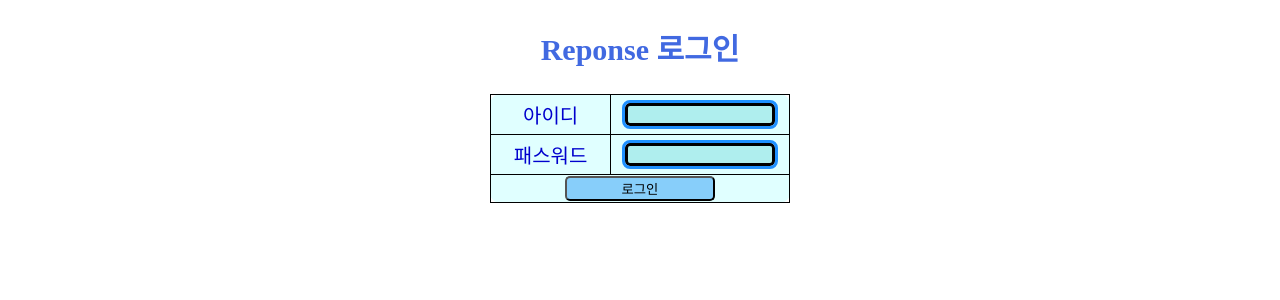
Repository: topblame/Bootcamp
Page: http://localhost/JSP_250408/chapter01/04_login.jsp
These files come from the project's save history. The page is drawn as it stood at one moment and after the next save; the edit follows.
The browser window is 1280 px wide. The pictures show the whole page.
The page is served by Tomcat 9. Other server files are loaded and not shown.

Above is the page before, as saved 2025-06-24 07:09:34.

### WebMvc/JSP_250408/src/main/webapp/chapter01/04_login.jsp
<%@ page language="java" contentType="text/html; charset=UTF-8"
    pageEncoding="UTF-8"%>
<!DOCTYPE html PUBLIC "-//W3C//DTD HTML 4.01 Transitional//EN" "http://www.w3.org/TR/html4/loose.dtd">
<html>
<head>
<meta charset="UTF-8">
<link rel="stylesheet" type="text/css" href="../css/table.css">
<title>login</title>
</head>
<body>
	<center>
      <h2>Reponse 로그인</h2>
      <form action="ResponseProc.jsp" method="post">
         <table align="center" width="300" border="1">
            <tr height="40">
               <td width="120" align="center">아이디</td>
               <td width="180" align="center">
               <input type="text" name=id>
               </td>
            </tr>
            <tr height="40">
               <td width="120" align="center">패스워드</td>
               <td width="180" align="center">
               <input type="password" name=pass></td>
            </tr>
            <tr>
               <td align="center" colspan="2">
               <input type="submit" value="로그인"></td>
            </tr>
         </table>
      </form>
   </center>
</body>
</html>

### WebMvc/JSP_250408/src/main/webapp/css/table.css
@charset "UTF-8";
/* 테이블에 대한 스타일 */
table {
   border-collapse: collapse; /* 테두리선을 한 줄로 합치기 */
}

/* 테이블의 각 셀에 대한 스타일 */
table td, table th {
   border: 1px solid black; /* 검은색 1px 두께의 테두리 적용 */
}

h2 {
   font-size: 30px;
   font-weight: blod;
   color: royalblue;
}

table {
   background-color: lightcyan;
   border: 3px solide dodgerblue;
   border-radius: 10px;
   color: mediumblue;
   font-size: 20px;
   font-weight: blod;
}

table input[name="id"], input[type="password"], input[type="email"],
   input[name="address"], input[name="phone"] {
   width: 80%;
   margin: 2px 10px;
   outline: solid;
   border: 3px solid black;
   background-color: paleturquoise;
   border: 3px solide blue;
   border-radius: 5px;
   color: dodgerblue;
   font-weight: blod;
}

table input[name="gender"] {
   margin: 2px 10px;
}

table select[name="job"] {
   width: 200px;
   margin: 2px 10px;
   background-color: paleturquoise;
   border-radius: 5px;
   color: dodgerblue;
   font-size: 15px;
}

table input[name="age"] {
   margin: 2px 10px;
}

table input[type="submit"], input[type="reset"] {
   width: 150px;
   background-color: lightskyblue;
   border: 3px solide aquamarine;
   border-radius: 5px;
}

table input[type="submit"]:hover, input[type="reset"]:hover {
   background-color: steelblue;
   border: 3px solide aquamarine;
   border-radius: 5px;
}

table textarea {
   width: 80%;
   height: 80%;
   margin: 2px 10px;
   background-color: honeydew;
   border: 3px solide blue;
   border-radius: 5px;
   color: dodgerblue;
   font-weight: blod;
}

After the next save:
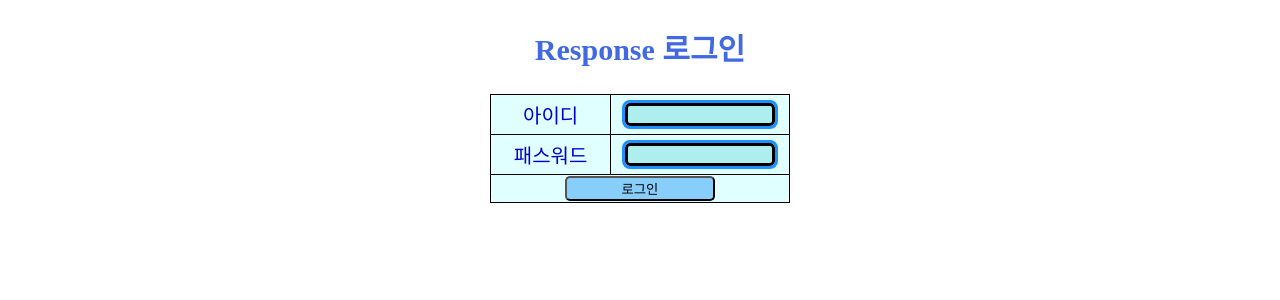
Saved 4 s later.
--- a/WebMvc/JSP_250408/src/main/webapp/chapter01/04_login.jsp
+++ b/WebMvc/JSP_250408/src/main/webapp/chapter01/04_login.jsp
@@ -9,7 +9,7 @@
 </head>
 <body>
 	<center>
-      <h2>Reponse 로그인</h2>
+      <h2>Response 로그인</h2>
       <form action="ResponseProc.jsp" method="post">
          <table align="center" width="300" border="1">
             <tr height="40">
